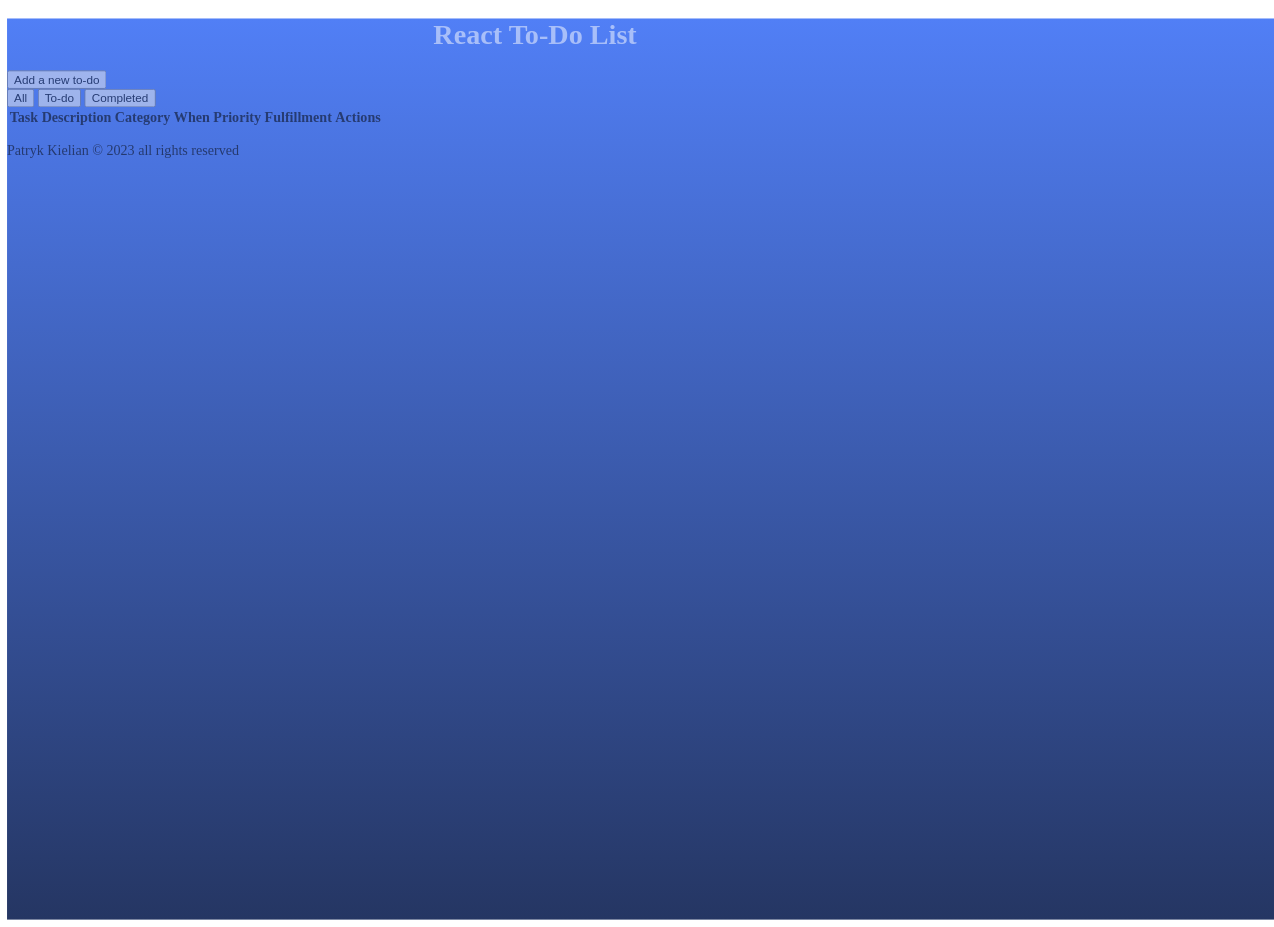
Repository: mirajane2/maquette-todo
Page: index.html
An editor plug-in stored every save of this project. The page is shown before and after the next save, followed by the edit.
The browser window is 1280 px wide. The page is 1448 px wide, so the pictures cover 1448 px, including what lies to the right of the window. The pictures show the whole page, at 88% of full size.

Above is the page before, as saved 2024-11-12 16:08:19.

### index.html
<!DOCTYPE html>
<html lang="fr">
<head>
    <meta charset="UTF-8">
    <meta name="viewport" content="width=device-width, initial-scale=1.0">
    <link rel="stylesheet" href="index.css">
    <title>Maquette Figma</title>
</head>
<body>
    <div class="container">
        <div class="content">
            <h1 class="titre">React To-Do List</h1>
            <div>
                <button class="taches"> Add a new to-do</button>
                <div class="choix_selection">
                    <button class="show">All</button>
                    <button class="options">To-do</button>
                    <button class="options">Completed</button>
                </div>
            </div>

            <div class="table">
                <table>
                    <thead>
                        <tr>
                            <th>Task</th>
                            <th>Description</th>
                            <th>Category</th>
                            <th>When</th>
                            <th>Priority</th>
                            <th>Fulfillment</th>
                            <th>Actions</th>
                        </tr>
                    </thead>
                    <tbody class="valeur">
                        <script src="script.js"></script>
                    </tbody>
                </table>
            </div>

            <footer>
                <p>Patryk Kielian © 2023 all rights reserved</p>
            </footer>
        </div>
    </div>
</body>
</html>

### index.css
.container{
    background: linear-gradient(180deg, #517FF6, #253663);
    opacity: 100%;
    width : 1440px;
    height: 1024px;
}

.content{
    border-radius: 30px;
    opacity: 50%;
    fill: #FFFFFF;
    width: 1200px;
    height: 770px;
}

.titre{
    color:#FFFFFF;
    font-weight: bold;
    opacity: 100%;
    text-align: center;
    font-family: Jost;
    line-height: Auto;
    letter-spacing: 0%;
}

Loaded but not shown: script.js (no stored copy; drawn as an empty file)

After the next save:
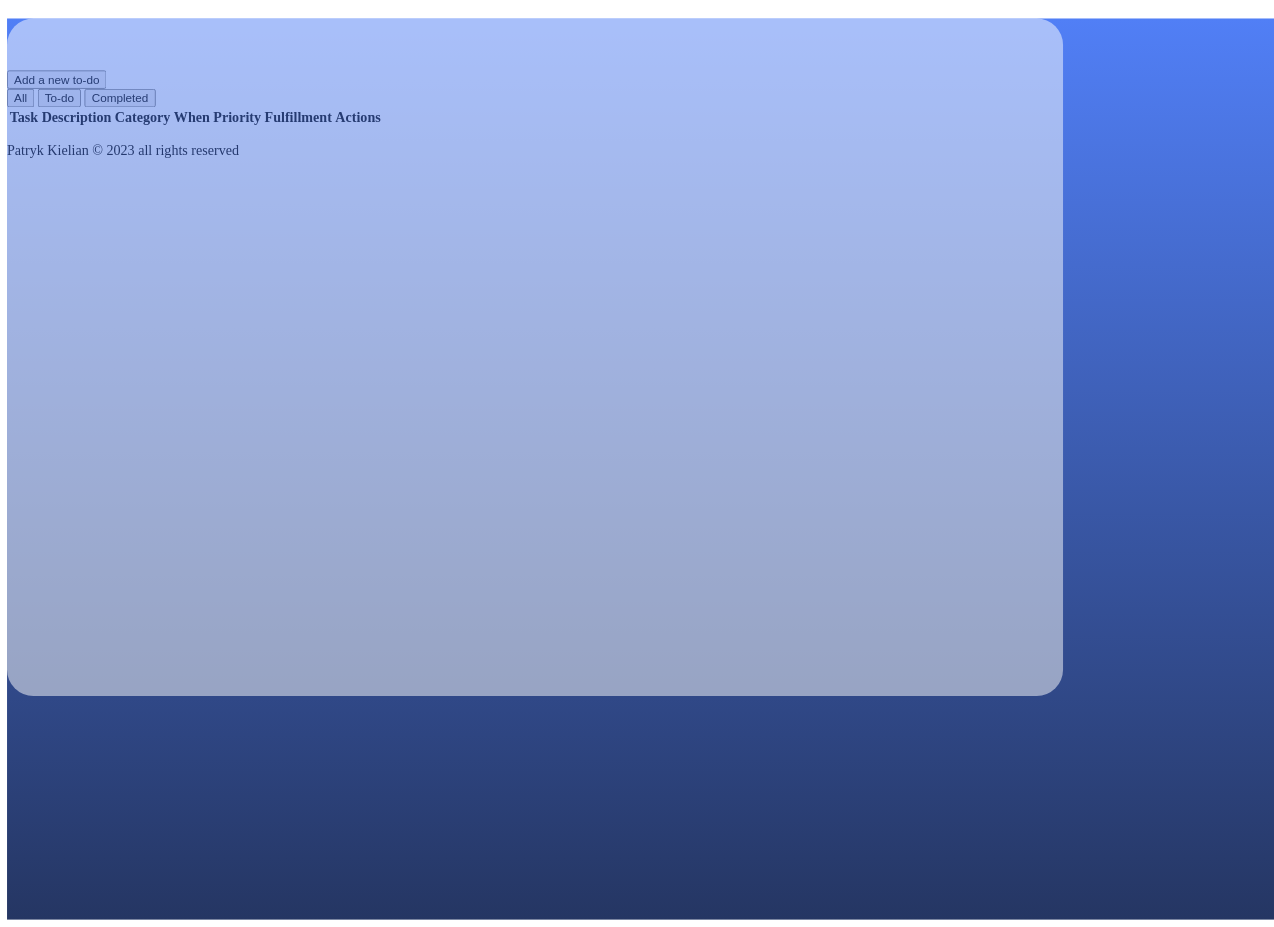
Saved 4 min 20 s later.
--- a/index.css
+++ b/index.css
@@ -7,8 +7,8 @@
 
 .content{
     border-radius: 30px;
-    opacity: 50%;
-    fill: #FFFFFF;
+    opacity: 0.5;
+    background-color: #FFFFFF;
     width: 1200px;
     height: 770px;
 }
